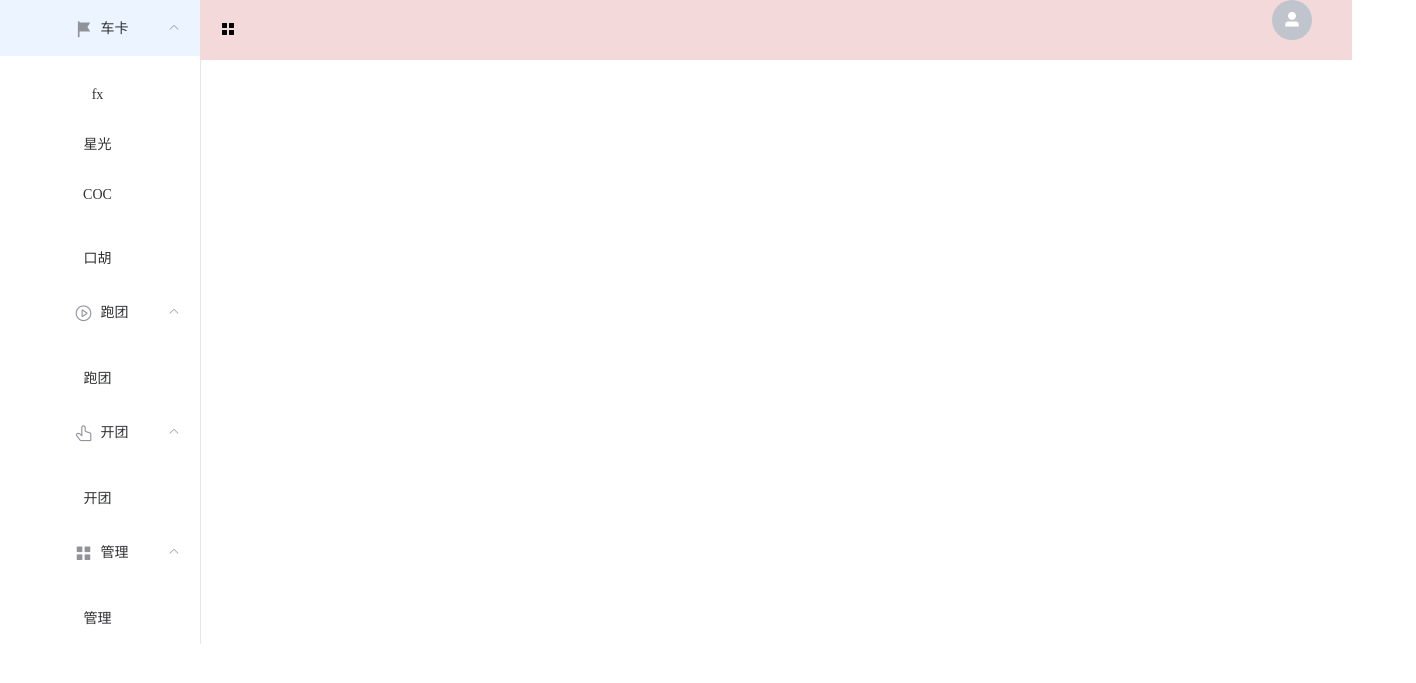
Repository: redlout/ptgkd
Page: /
The author's editor kept a copy of each file at every save. The page is drawn from the files as they stood at one save, then again after the next save.
The browser window is 1280 px wide. The page is 1352 px wide, then 1416 px, so the pictures cover 1416 px, including what lies to the right of the window. The pictures show the whole page.
The project was rebuilt for these pictures with package versions that can differ from the ones it lists, and the page was loaded fresh each time. Also part of the build but not shown: src/mock/mock.js, src/views/Login.vue, src/components/SvgIcon/index.vue.

Above is the page before, as saved 2019-09-02 21:33:15.

After the next save:
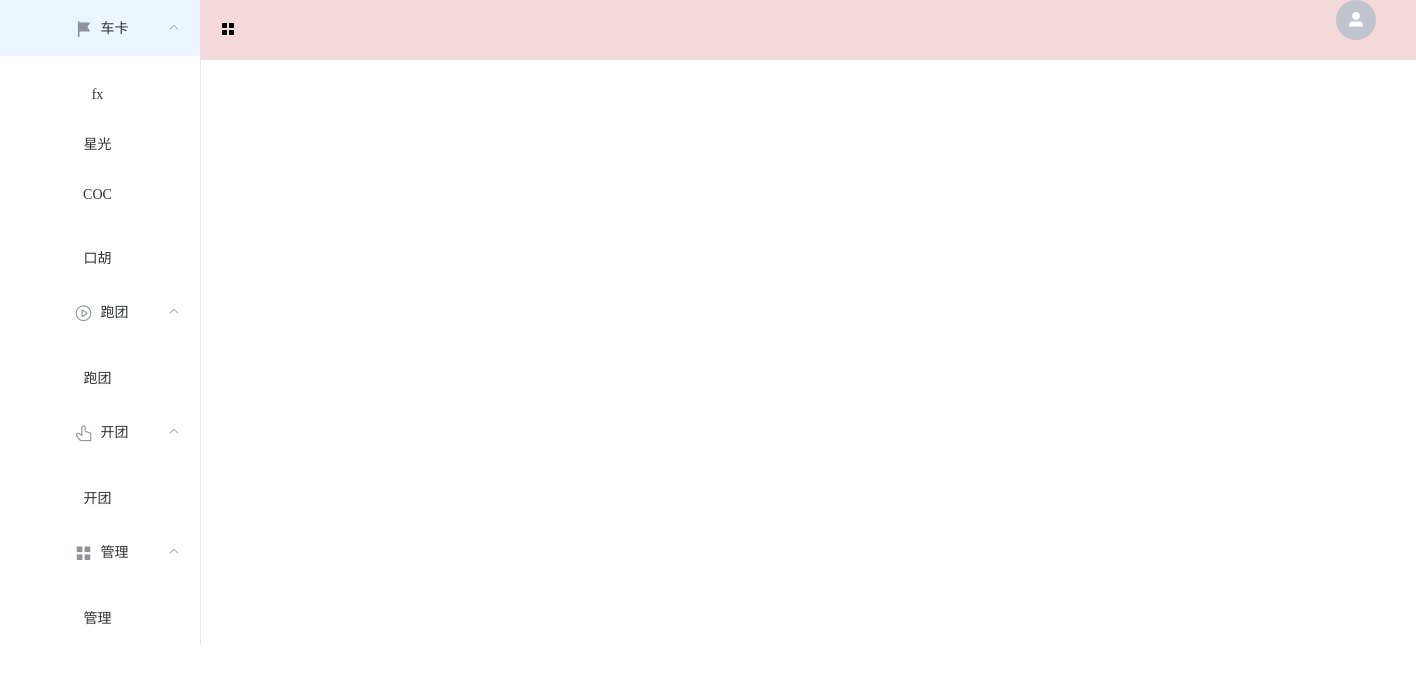
Saved 6 s later.
--- a/src/components/HeadBar/index.vue
+++ b/src/components/HeadBar/index.vue
@@ -39,7 +39,7 @@ export default {
   right: 0px;
   height: 60px;
   line-height: 60px;
-  width: 90%;
+  width: 95%;
 }
   .collapse-switcher {
     width: 40px;
